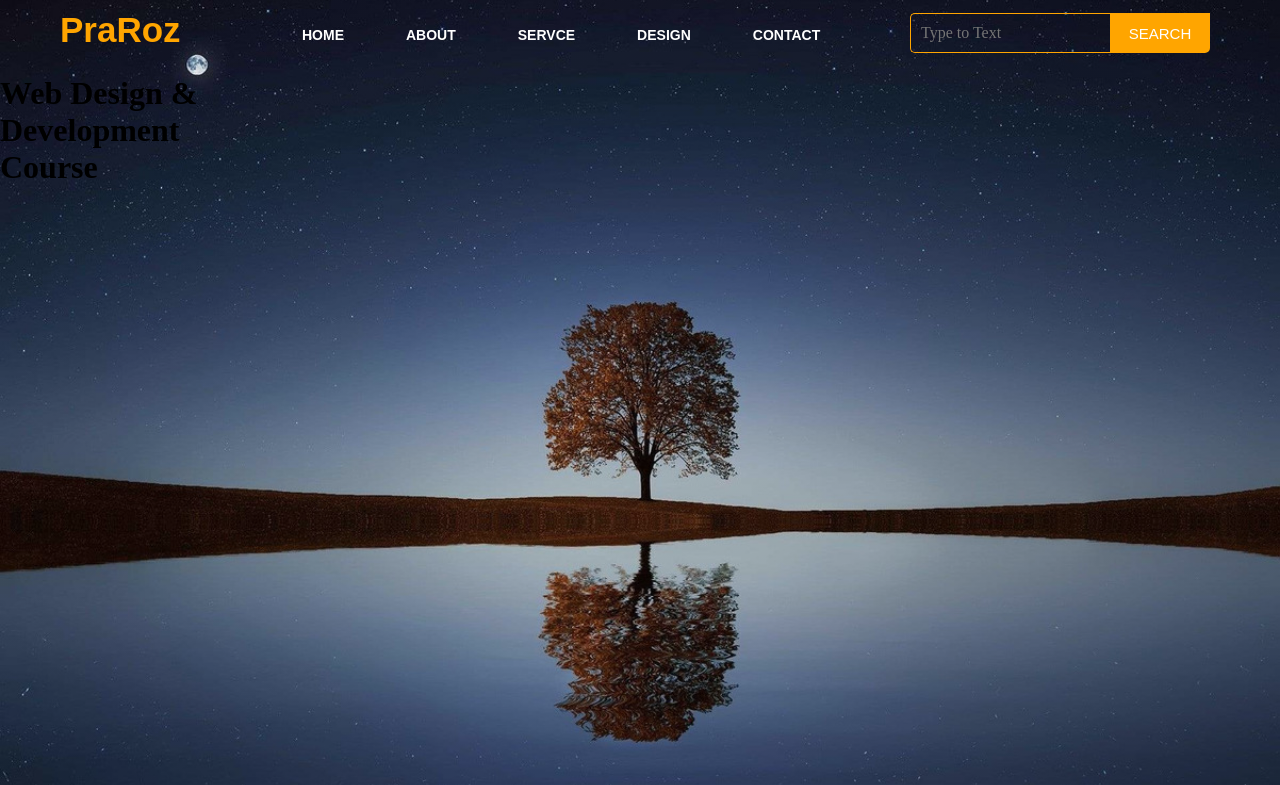
Repository: HuynhDuc23/project3
Page: index.html
An editor plug-in stored every save of this project. The page is shown before and after the next save, followed by the edit.
The browser window is 1280 px wide. The pictures show the whole page.

Above is the page before, as saved 2023-05-04 15:02:31.

### index.html
<html lang="en">
<head>
    <meta charset="UTF-8">
    <meta http-equiv="X-UA-Compatible" content="IE=edge">
    <meta name="viewport" content="width=device-width, initial-scale=1.0">
    <link rel="stylesheet" href="https://cdnjs.cloudflare.com/ajax/libs/font-awesome/6.4.0/css/all.min.css" integrity="sha512-iecdLmaskl7CVkqkXNQ/ZH/XLlvWZOJyj7Yy7tcenmpD1ypASozpmT/E0iPtmFIB46ZmdtAc9eNBvH0H/ZpiBw==" crossorigin="anonymous" referrerpolicy="no-referrer" />
    <link rel="stylesheet" href="style.css">
    <title>Document</title>
</head>
<body>
    <div class="main">
        <div class="navbar">
            <div class="icon">
                <h2 class="logo">PraRoz</h2>
            </div>
            <div class="menu">
                <ul>
                    <li><a href="#">HOME</a> </li>
                    <li><a href="#">ABOUT</a></li>
                    <li><a href="#">SERVCE</a></li>
                    <li><a href="#">DESIGN</a></li>
                    <li><a href="#">CONTACT</a></li>
                </ul>
            </div>
            <div class="search">
                <input type="search" class="srch" placeholder="Type to Text">
                <a href="#"><button class="btn">Search</button></a>
            </div>
        </div>
        <div class="content">
            <h1>Web Design & <br> <span>Development</span><br>Course</h1>
        </div>
    </div>
</body>
</html>

### style.css
* {
    margin: 0;
    padding: 0;
}
.main {
    width: 100%;
    background-image: linear-gradient(to right bottom , rgba(176, 55, 55, 0),rgba(0, 0, 0, 0.286)),url("img/Project3.png");
    background-position: center;
    background-size: cover;
    background-repeat: no-repeat;
    height: 109vh;
}
.navbar
{
    width: 1200px;
    height: 75px;
    margin: auto;
    /* overflow: hidden; */
}
.icon {
    width: 200px;
    float: left;
    height: 70px;

}
.logo {
    color: orange;
    font-size: 35px;
    font-family: Arial, Helvetica, sans-serif;
    padding-left: 20px;
    float: left;
    padding-top: 10px;
}
.menu {
    width: 400px;
    height: 70px;
    float: left;
}
ul {
    float: left;
    display: flex;
    justify-content: center;
    align-items: center;
}
ul li {
    list-style: none;
     margin-left: 62px;
     margin-top: 27px;
     font-size: 14px;
}
ul li a {
    text-decoration: none;
    color: white;
    text-transform: uppercase;
    font-family: Arial, Helvetica, sans-serif;
    transition: 0.5s ease-in-out;
    font-weight: bold;

}
ul li a:hover {
    color: orange;
}
.search {
    width: 330px;
    margin-left: 270px;
    float: left;
}
.srch {
    font-family: 'Times New Roman', Times, serif;
    width: 200px;
    height: 40px;
    background: transparent;
    border: 1px solid orange;
    margin-top: 13px;
    color: white;
    border-right: none;
    font-size: 16px;
    padding: 10px;
    float: left;
    border-bottom-left-radius: 5px;
    border-top-left-radius: 5px;
}
.btn {
    width: 100px;
    height: 40px;
    margin-top: 13px;
    color: white;
    background-color: orange;
    text-transform: uppercase;
    border: 2px solid orange;
    /* border-radius: 5px; */
    border-bottom-right-radius: 5px;

    font-size: 15px;
    float: left;
    cursor: pointer;

}
.btn:focus {
    outline: none;
}
.srch:focus {
    outline: none;
}

After the next save:
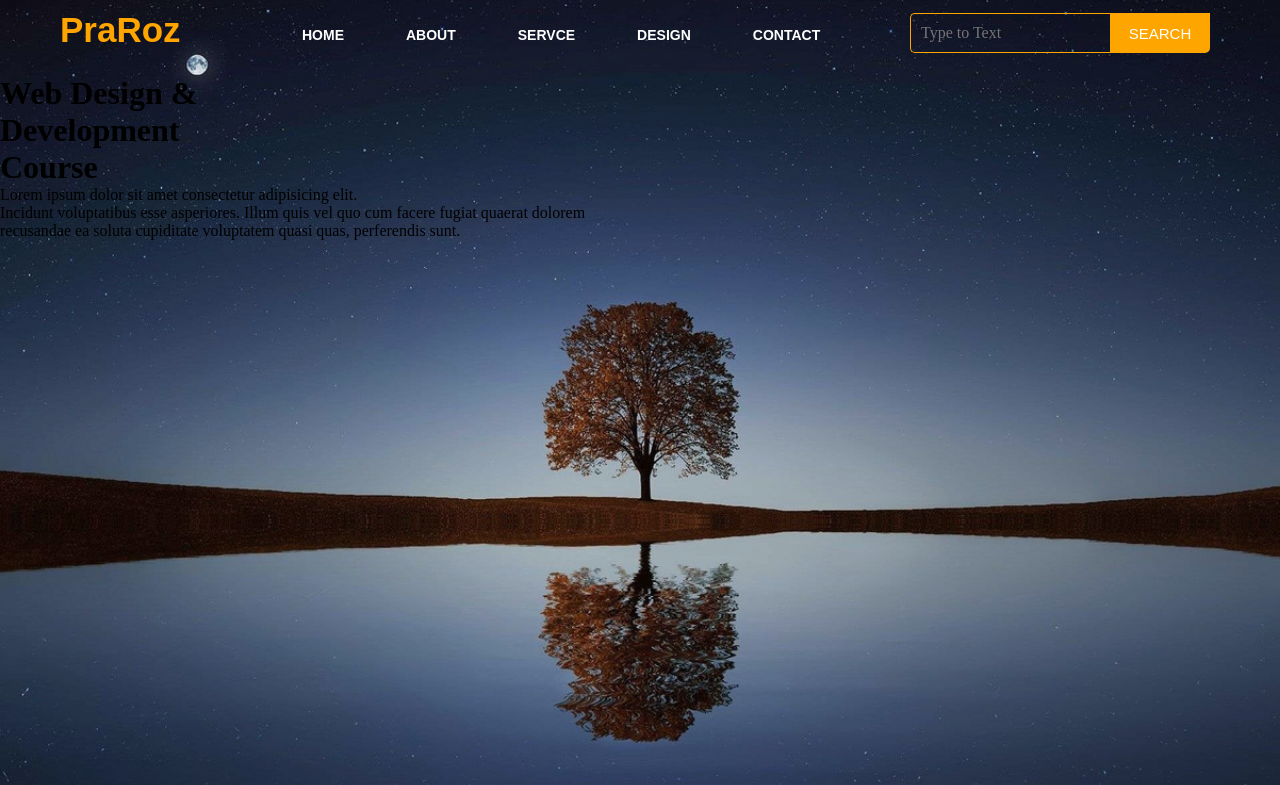
Saved 54 s later.
--- a/index.html
+++ b/index.html
@@ -29,6 +29,7 @@
         </div>
         <div class="content">
             <h1>Web Design & <br> <span>Development</span><br>Course</h1>
+            <p class="para">Lorem ipsum dolor sit amet consectetur adipisicing elit. <br> Incidunt voluptatibus esse asperiores. Illum quis vel quo cum facere fugiat quaerat dolorem <br> recusandae ea soluta cupiditate voluptatem quasi quas, perferendis sunt.</p>
         </div>
     </div>
 </body>
